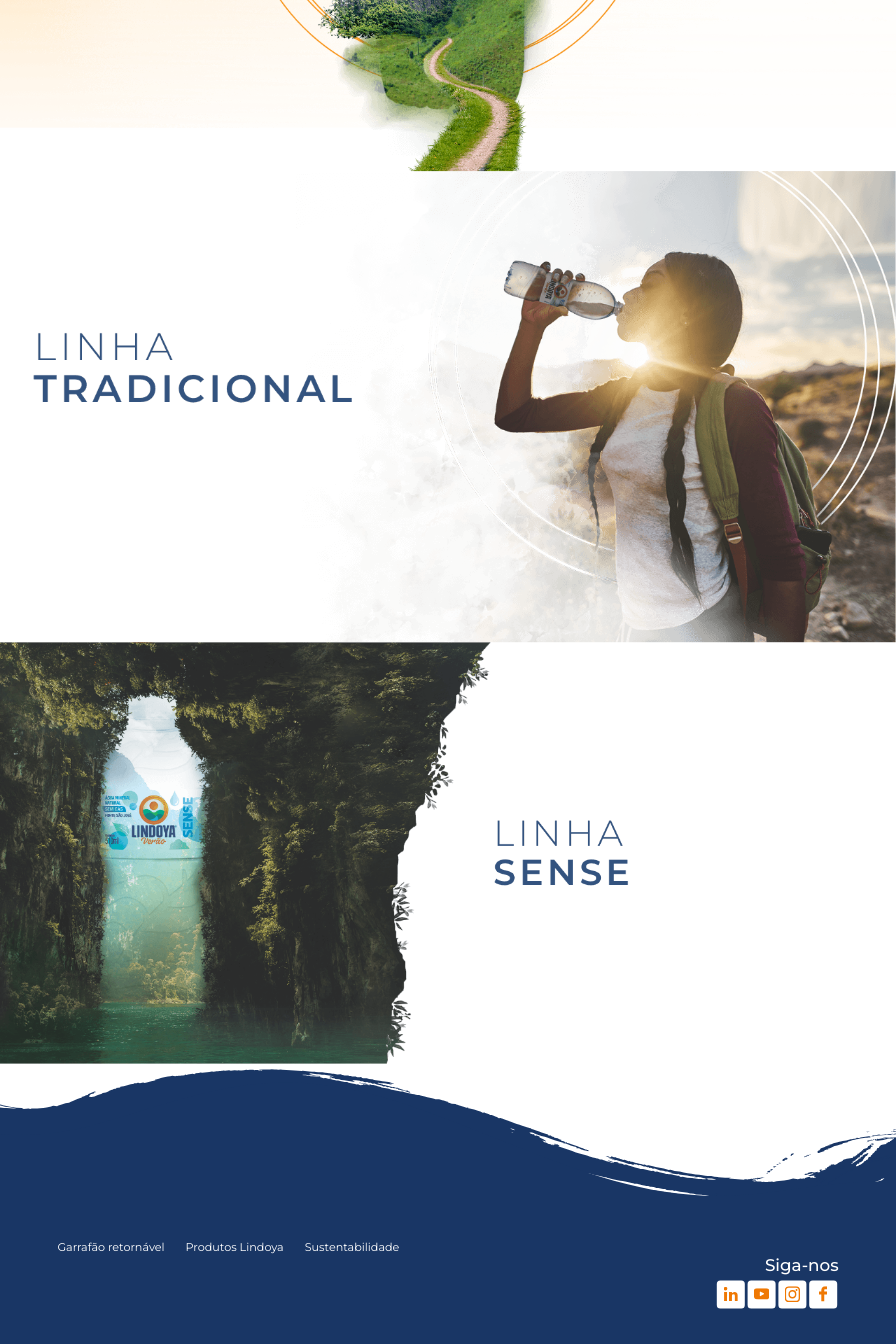
Repository: ItamarLourenco/lindoya-catalogo
Page: index.html
An editor plug-in stored every save of this project. The page is shown before and after a run of saves, followed by the edit.
The browser window is 1280 px wide. The pictures show the part of the page from y = 778 to 2698 px (the page is 2698 px tall), at 70% of full size.

Above is the page before, as saved 2023-02-08 19:51:04.

After the next 2 saves:
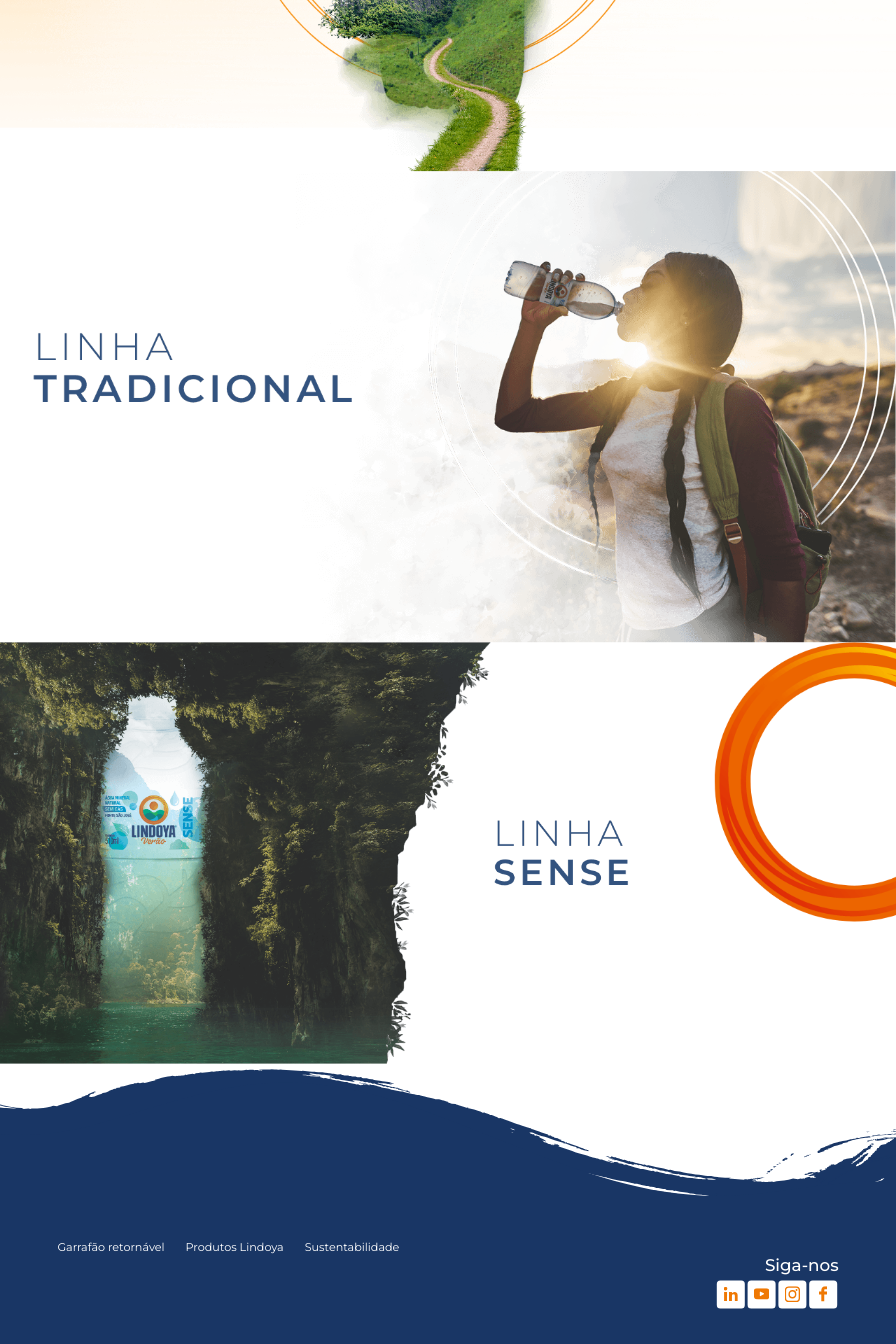
The 2 saves are shown as one change because they came seconds apart.
The last was saved 9 s later.
--- a/css/lindoya.css
+++ b/css/lindoya.css
@@ -163,6 +163,7 @@
 .sense{
   background-image: url('../assets/images/sense-circle.png');
   background-repeat: no-repeat;
+  background-position: right top;
 }
 .sense img{
 
